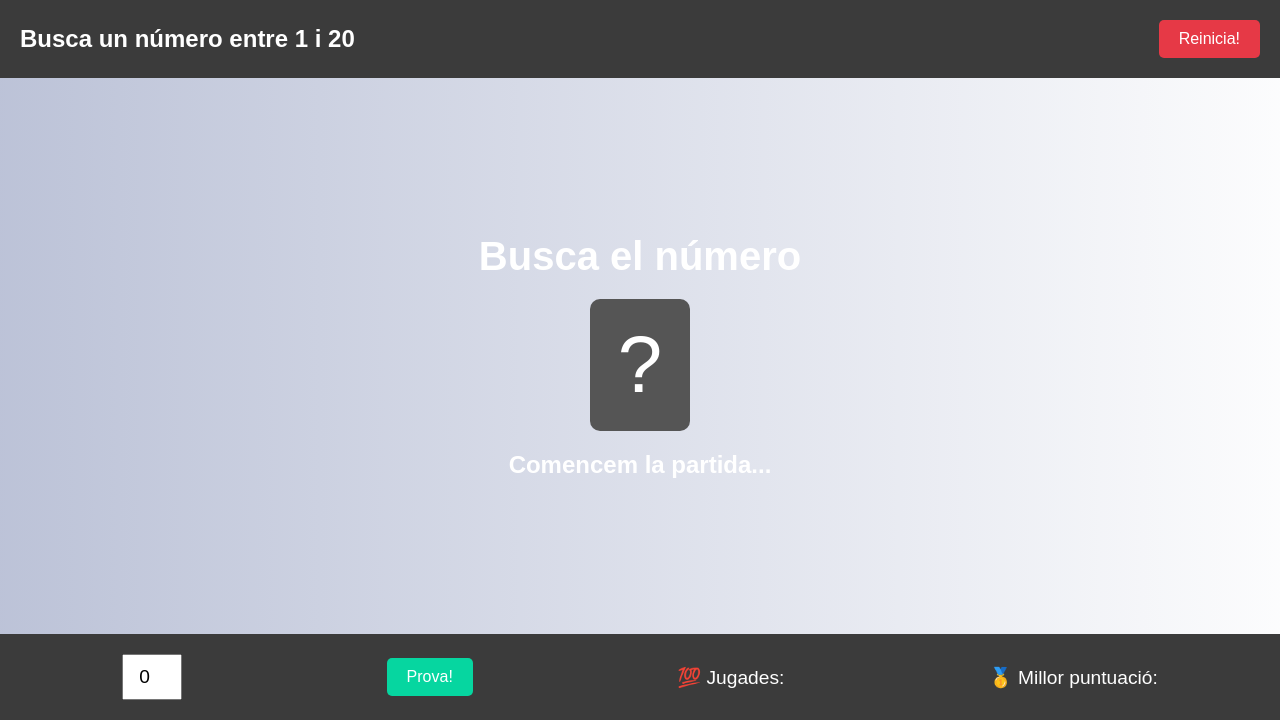
Repository: rdalmau23/M06_01
Page: index.html
An editor plug-in stored every save of this project. The page is shown before and after the next save, followed by the edit.
The browser window is 1280 px wide. The pictures show the whole page.

Above is the page before, as saved 2024-10-11 11:37:05.

### index.html
<!DOCTYPE html>
<html lang="en">
<head>
    <meta charset="UTF-8">
    <meta name="viewport" content="width=device-width, initial-scale=1.0">
    <title>Endivina el número</title>
    <link rel="stylesheet" href="style.css">
    <script src="script.js"></script>
</head>
<body>
    <header>
        <h2>Busca un número entre 1 i 20</h2>
        <button id="reset">Reinicia!</button>
    </header>
    <main>
        <h1>Busca el número</h1>
        <div id="display-num">?</div>
        <h3>Comencem la partida...</h3>
    </main>
    <footer>
        <input type="number" value="0">
        <button id="play">Prova!</button>
        <div id="display-jugades">💯 Jugades: </div>
        <div id="display-result">🥇 Millor puntuació: </div>
    </footer>
</body>
</html>

### style.css
/* General Styles */
* {
    margin: 0;
    padding: 0;
    box-sizing: border-box;
  }

  body {
    font-family: Arial, sans-serif;
    height: 100vh;
    display: flex;
    flex-direction: column;
    justify-content: space-between;
    background: linear-gradient(270deg, #ffffff, #001969);
    background-size: 400% 400%;
    animation: gradient-animation 12s ease infinite;
    position: relative;
  }

  body::before {
    content: '';
    position: absolute;
    top: 0;
    left: 0;
    width: 100%;
    height: 100%;
    background-size: 50px 50px;
    opacity: 0.3;

  }

  @keyframes gradient-animation {
    0% {
      background-position: 0% 50%;
    }
    50% {
      background-position: 100% 50%;
    }
    100% {
      background-position: 0% 50%;
    }
  }

  header {
    background-color: #3b3b3b;
    color: white;
    padding: 20px;
    text-align: center;
    display: flex;
    justify-content: space-between;
    align-items: center;
  }

  header h2 {
    margin: 0;
  }

  header button {
    background-color: #e63946;
    border: none;
    color: white;
    padding: 10px 20px;
    cursor: pointer;
    border-radius: 5px;
    font-size: 16px;
  }

  header button:hover {
    background-color: #d62839;
  }

  main {
    flex-grow: 1;
    display: flex;
    flex-direction: column;
    justify-content: center;
    align-items: center;
  }

  main h1 {
    font-size: 2.5rem;
    color: white;
  }

  #display-num {
    font-size: 5rem;
    background-color: #555555;
    color: white;
    padding: 20px;
    width: 100px;
    text-align: center;
    border-radius: 10px;
    margin: 20px 0;
  }

  main h3 {
    font-size: 1.5rem;
    color: white;
  }

  /* Footer Section */
  footer {
    background-color: #3b3b3b;
    padding: 20px;
    display: flex;
    justify-content: space-around;
    align-items: center;
  }

  footer input[type="number"] {
    width: 60px;
    padding: 10px;
    font-size: 1.2rem;
    text-align: center;
  }

  footer button {
    background-color: #06d6a0;
    border: none;
    color: white;
    padding: 10px 20px;
    cursor: pointer;
    border-radius: 5px;
    font-size: 16px;
  }

  footer button:hover {
    background-color: #04b383;
  }

  footer div {
    font-size: 1.2rem;
    color: #ffffff;
  }

  /* Responsive Design */
  @media (max-width: 600px) {
    header, footer {
      flex-direction: column;
      gap: 10px;
    }

    #display-num {
      font-size: 4rem;
      width: 80px;
    }

    footer button {
      font-size: 14px;
    }
  }

Loaded but not shown: script.js (no copy from this time; the picture is the same without it)

After the next save:
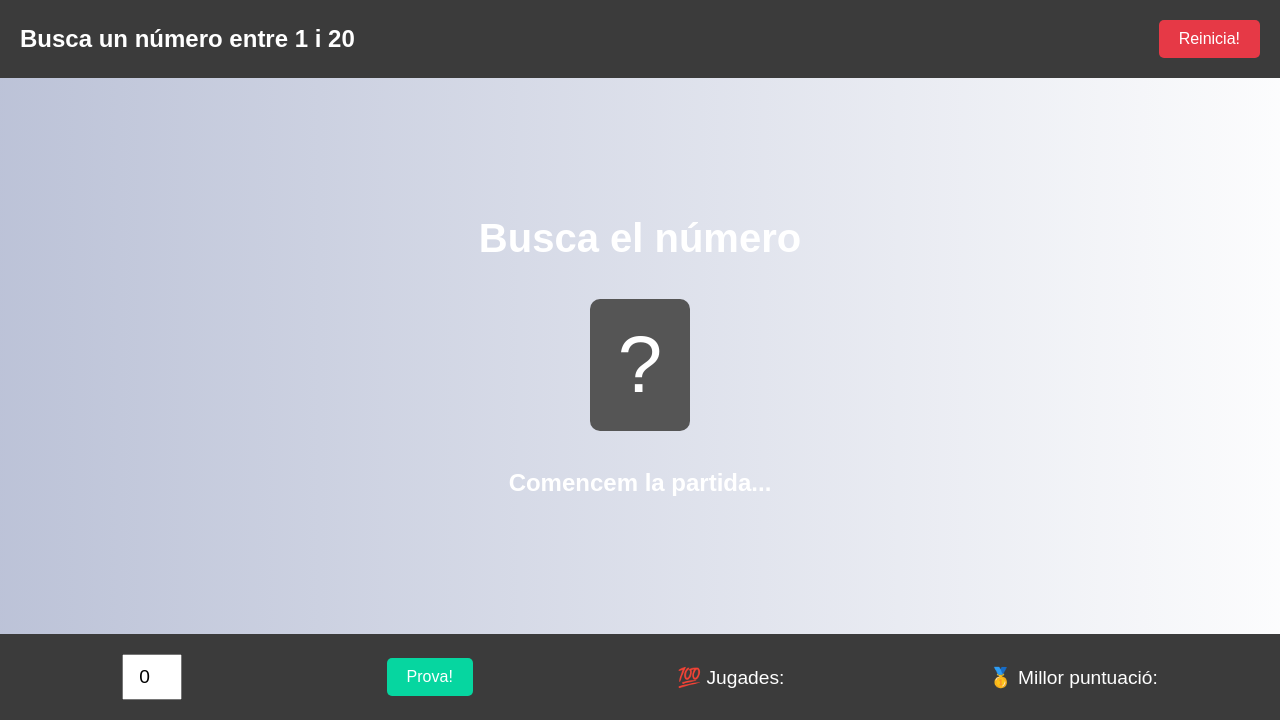
Saved 2 s later.
--- a/index.html
+++ b/index.html
@@ -13,8 +13,8 @@
         <button id="reset">Reinicia!</button>
     </header>
     <main>
-        <h1>Busca el número</h1>
-        <div id="display-num">?</div>
+        <h1>Busca el número</h1> <br>
+        <div id="display-num">?</div> <br>
         <h3>Comencem la partida...</h3>
     </main>
     <footer>
